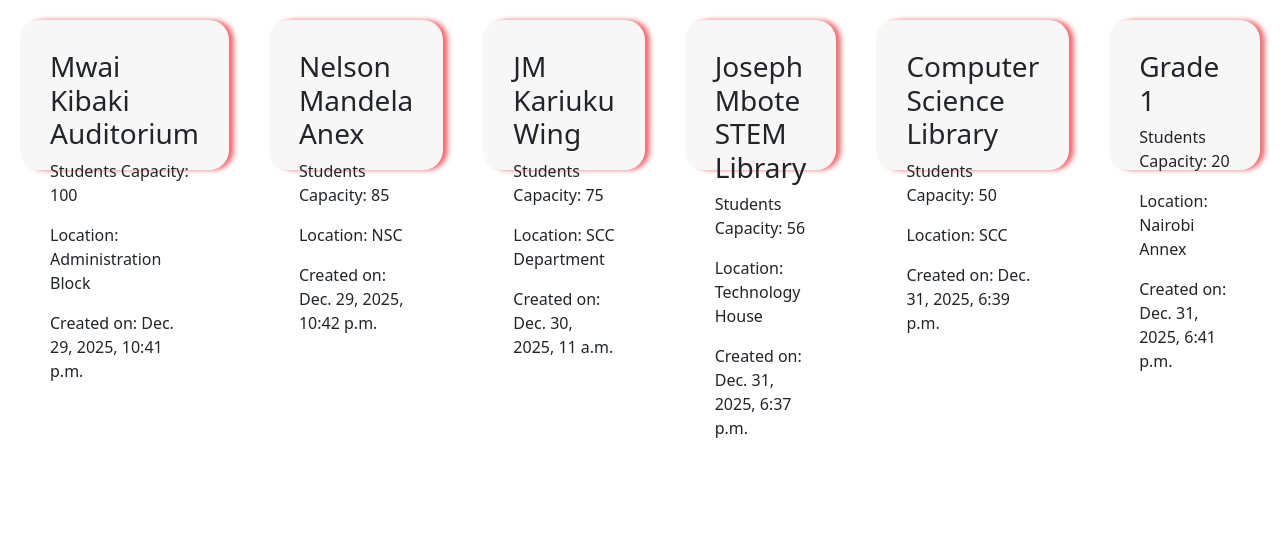
Repository: Mbote-Joseph/Library-Shelves-Books-Managements
Page: http://localhost/
The author's editor kept a copy of each file at every save. The page is drawn from the files as they stood at one save, then again after the next save.
The browser window is 1280 px wide. The pictures show the whole page.
The page is served by the project's application, run on Django 5.2 (manage.py). Other server files are loaded and not shown. The page reads the database file committed with the project.

Above is the page before, as saved 2025-12-30 18:14:48.

### books/templates/books/library_view.html
{% extends "base.html" %}

{% block title %}
    Libraries List
{% endblock %}


{% block content %}
    <div class="cards">
    {% for library in libraries %}
        <div class ="library">
            <h3> {{library.name}} </h3>
            <p> Students Capacity: {{library.students_capacity}} </p>
            <p> Location: {{library.location}} </p>
            <p> Created on: {{library.created_on}} </p>
        </div>
    {% endfor %}
    </div>
{% endblock %}

### static/templates/base.html
{% load static %}
<!doctype html>
<html lang="en">
  <head>
    <meta charset="utf-8">
    <meta name="viewport" content="width=device-width, initial-scale=1">
    <title>
        {% block title %}

        {% endblock %}
    </title>
    <link href="https://cdn.jsdelivr.net/npm/bootstrap@5.3.8/dist/css/bootstrap.min.css" rel="stylesheet" integrity="sha384-sRIl4kxILFvY47J16cr9ZwB07vP4J8+LH7qKQnuqkuIAvNWLzeN8tE5YBujZqJLB" crossorigin="anonymous">
    <link rel="stylesheet" type='text/css' href="{% static 'css/styles.css' %}">
  </head>
  <body>

    {% block content %}

    {% endblock %}


    <script src="https://cdn.jsdelivr.net/npm/bootstrap@5.3.8/dist/js/bootstrap.bundle.min.js" integrity="sha384-FKyoEForCGlyvwx9Hj09JcYn3nv7wiPVlz7YYwJrWVcXK/BmnVDxM+D2scQbITxI" crossorigin="anonymous"></script>
  </body>
</html>

### books/models.py
from django.db import models

# Create your models here.
class Library(models.Model):
    name = models.CharField(max_length=50)
    students_capacity = models.IntegerField()
    location = models.CharField(max_length=100)
    created_on = models.DateTimeField(auto_now_add=True)

    def __str__(self):
        return f"{self.name} - {self.location}"

class Shelf(models.Model):
    label = models.CharField(max_length=50)
    books_capacity = models.CharField()
    library = models.ForeignKey(Library, on_delete=models.CASCADE)
    created_on = models.DateTimeField(auto_now_add=True)

    def __str__(self):
        return f"{self.label} On {self.library} Library"

class Book(models.Model):
    title = models.CharField(max_length=100)
    author = models.CharField(max_length=100)
    isbn = models.CharField(max_length=10)
    description = models.TextField()
    is_published = models.BooleanField(default=False)
    is_new = models.BooleanField(default=False)
    shelf = models.ForeignKey(Shelf, on_delete=models.CASCADE)

    def __str__(self):
        return f"{self.title} By {self.author}"

### books/views.py
from django.shortcuts import render
from django.views.generic import ListView

from .models import Library, Shelf, Book

# Create your views here.
class LibraryListView(ListView):
    model = Library
    context_object_name = "libraries"
    queryset = Library.objects.all()
    template_name = 'books/library_view.html'

class ShelfListView(ListView):
    model = Shelf
    context_object_name = "shelves"
    queryset = Shelf.objects.all()
    template_name = 'books/shelf_view.html'


class BookListView(ListView):
    model = Book
    context_object_name = "books"
    queryset = Book.objects.all()
    template_name = 'books/book_view.html'

### learn/urls.py
"""
URL configuration for learn project.

The `urlpatterns` list routes URLs to views. For more information please see:
    https://docs.djangoproject.com/en/6.0/topics/http/urls/
Examples:
Function views
    1. Add an import:  from my_app import views
    2. Add a URL to urlpatterns:  path('', views.home, name='home')
Class-based views
    1. Add an import:  from other_app.views import Home
    2. Add a URL to urlpatterns:  path('', Home.as_view(), name='home')
Including another URLconf
    1. Import the include() function: from django.urls import include, path
    2. Add a URL to urlpatterns:  path('blog/', include('blog.urls'))
"""
from django.contrib import admin
from django.urls import path, include

urlpatterns = [
    path('admin/', admin.site.urls),
    path('', include('books.urls'))
]

### books/urls.py
from django.urls import path

from books.views import LibraryListView, ShelfListView, BookListView

urlpatterns = [
    path('', LibraryListView.as_view(), name = 'libraries'),
    path('shelf', ShelfListView.as_view(), name = 'shelves'),
    path('book', BookListView.as_view(), name="books")
]

### static/css/styles.css
/**
 * Copyright 2025 josephmbote
 *
 * Licensed under the Apache License, Version 2.0 (the "License");
 * you may not use this file except in compliance with the License.
 * You may obtain a copy of the License at
 *
 *     https://www.apache.org/licenses/LICENSE-2.0
 *
 * Unless required by applicable law or agreed to in writing, software
 * distributed under the License is distributed on an "AS IS" BASIS,
 * WITHOUT WARRANTIES OR CONDITIONS OF ANY KIND, either express or implied.
 * See the License for the specific language governing permissions and
 * limitations under the License.
 */

.library {
    width: 300px;
    /* min-width: 200px; */
    height: 150px;
    /* max-height: 400px; */
    background-color: #f7f7f7;
    box-shadow: 5px 0 5px 0 #ee6e73;
    border: none;
    margin: 20px;
    padding: 30px;
    border-radius: 20px;
}

.cards{
    display: flex;
}

### db.sqlite3 (the tables this page reads, as SQL)
CREATE TABLE "books_library" ("id" integer NOT NULL PRIMARY KEY AUTOINCREMENT, "name" varchar(50) NOT NULL, "students_capacity" integer NOT NULL, "location" varchar(100) NOT NULL, "created_on" datetime NOT NULL);
INSERT INTO "books_library" VALUES
(1, 'Mwai Kibaki Auditorium', 100, 'Administration Block', '2025-12-29 22:41:55.696199'),
(2, 'Nelson Mandela Anex', 85, 'NSC', '2025-12-29 22:42:34.244470'),
(3, 'JM Kariuku Wing', 75, 'SCC Department', '2025-12-30 11:00:04.766333'),
(4, 'Joseph Mbote STEM Library', 56, 'Technology House', '2025-12-31 18:37:10.968556'),
(5, 'Computer Science Library', 50, 'SCC', '2025-12-31 18:39:11.248294'),
(6, 'Grade 1', 20, 'Nairobi Annex', '2025-12-31 18:41:43.779190');

After the next save:
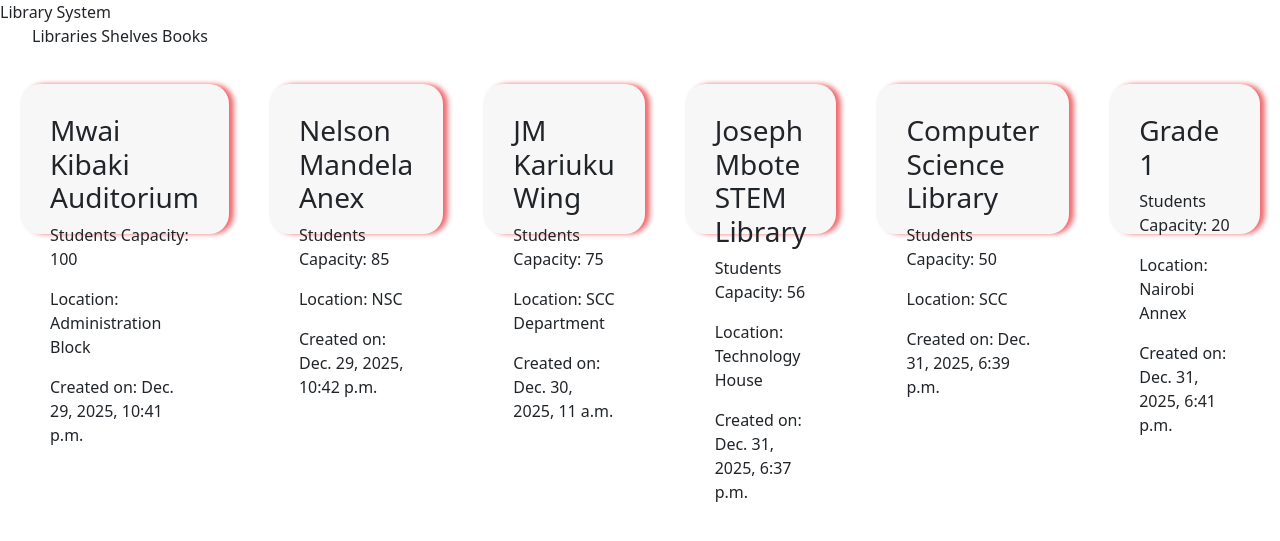
Saved 2 min 56 s later.
--- a/static/templates/base.html
+++ b/static/templates/base.html
@@ -13,6 +13,17 @@
     <link rel="stylesheet" type='text/css' href="{% static 'css/styles.css' %}">
   </head>
   <body>
+    <nav>
+      <span> Library System </span>
+      <span>
+        <ul>
+          <a> Libraries </a>
+          <a> Shelves </a>
+          <a> Books </a>
+        </ul>
+      </span>
+
+    </nav>
 
     {% block content %}
 
